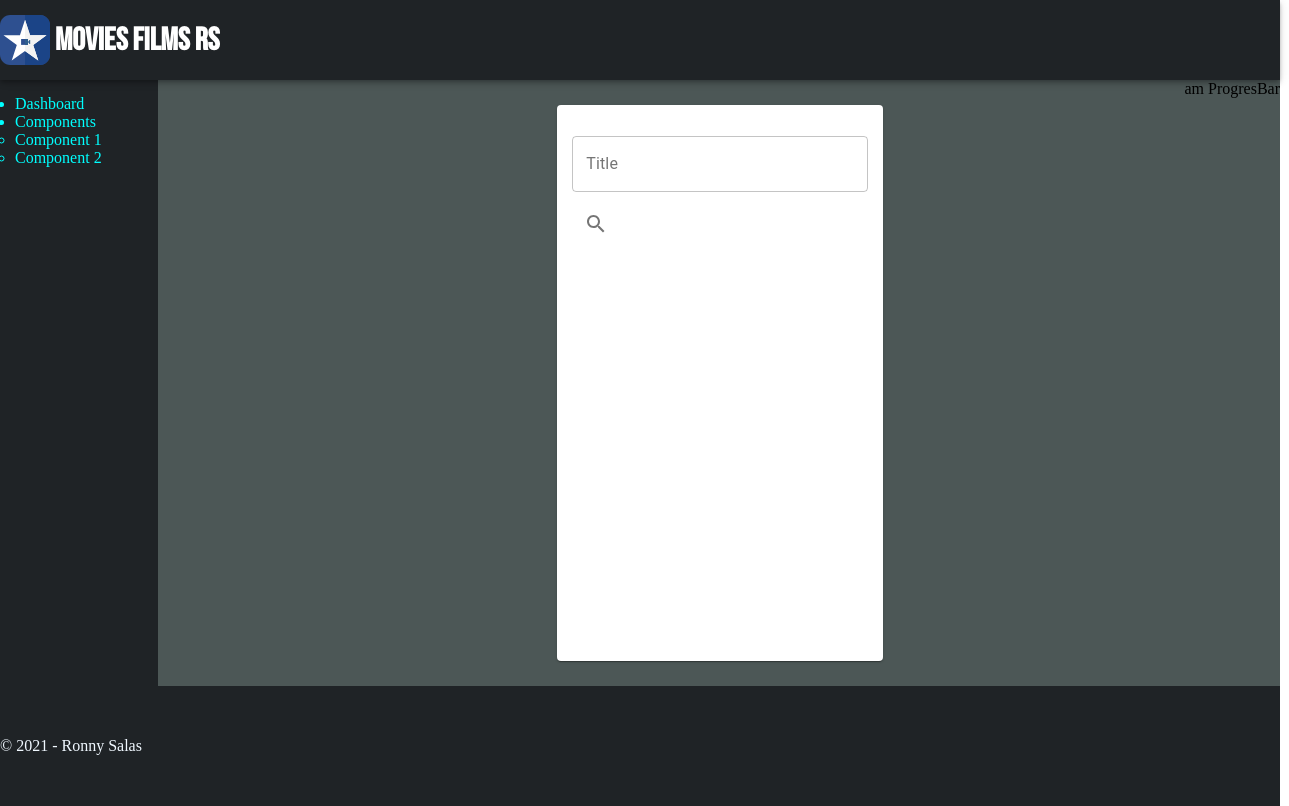
Repository: ronnysalas459/assigment-2
Page: /
An editor plug-in stored every save of this project. The page is shown before and after the next save, followed by the edit.
The browser window is 1280 px wide. The page is 1280 px wide, then 1289 px, so the pictures cover 1289 px, including what lies to the right of the window. The pictures show the whole page.
The page's requests for data from a server got no answer. The project was rebuilt for these pictures with package versions that can differ from the ones it lists, and the page was loaded fresh each time. No one was signed in, and anything a server would have sent is missing. Also part of the build but not shown: src/contexts/DetailsContext.js, src/components/Common/ButtonPrimary.js, src/components/Movies/Movie.js, src/components/Common/Messages.js, src/components/Movies/Movies.js, src/components/Details/index.js, src/components/NotFound/index.js.

Above is the page before, as saved 2021-08-30 17:47:47.

### src/index.js
import React from 'react';
import ReactDOM from 'react-dom';
import App from './App';

ReactDOM.render(<App />,document.querySelector('#root')
);

### src/App.js
import React from "react";
import { BrowserRouter, Switch, Route } from "react-router-dom";
import MoviesContextProvider from "./contexts/MoviesContext";
import DetailsContextProvider from "./contexts/DetailsContext";
import Films from "./components/Movies";
import Details from "./components/Details";
import Header from "./components/Common/Header";
import Footer from "./components/Common/Footer";
import SideBar from "./components/Common/SideBar";
import NotFound from "./components/NotFound";
import "./assets/css/styles.css";

const App = () => (
  <BrowserRouter>
    <div className="container">
      <Header />
      <div className="content">
        <SideBar />
        <div className="projects">
          <Switch>
            <Route exact path="/">
              <MoviesContextProvider>
                <Films />
              </MoviesContextProvider>
            </Route>
            <Route path="/movie/movie_id">
              <DetailsContextProvider>
                <Details />
              </DetailsContextProvider>
            </Route>
            <Route component={NotFound} />
          </Switch>
        </div>
      </div>
      <Footer />
    </div>
  </BrowserRouter>
);

export default App;

### src/contexts/MoviesContext.js
import React, { createContext, useState, useEffect } from "react";
import { popularGet, movieSearch } from "./../constants";

export const MoviesContext = createContext();

const MoviesContextProvider = ({ children }) => {
  const [doneFetch, setDoneFetch] = useState();
  const [currentQuery, setCurrentQuery] = useState("");
  const [text, setText] = useState("Top Movies");
  const [movies, setMovies] = useState([]);

  useEffect(() => {
    getPopularMovies();
  }, []);

  const getPopularMovies = () => {
    fetch(popularGet())
      .then((res) => res.json())
      .then((data) => {
        console.log(data.results);
        setDoneFetch(true);
        setMovies(data);
      })
      .catch((err) => console.log(err));
  };

  const getMovies = (query) => {
    fetch(movieSearch(query))
      .then((res) => res.json())
      .then((data) => {
        console.log(data.results);
        const { results } = data;
        setDoneFetch(true);
        setText(results.length ? "Results" : "No Results");
        setMovies(results);
      })
      .catch((err) => console.log(err));
  };

  const validateQuery = (
    e,
    query = document.querySelector("#query").value.toLowerCase().trim()
  ) => {
    if (e.type === "keypress" && e.key !== "Enter") return;
    const words = query.match(/\w+/g);
    query = words && words.join(" ");
    if (query && query !== currentQuery) {
      setCurrentQuery(query);
      setDoneFetch(false);
      getMovies(query);
    }
  };
  return (
    <MoviesContext.Provider value={{ doneFetch, text, movies, validateQuery }}>
      {children}
    </MoviesContext.Provider>
  );
};

export default MoviesContextProvider;

### src/components/Movies/index.js
import React, { Fragment, useContext } from "react";
import { MoviesContext } from "./../../contexts/MoviesContext";
import SearchMovies from "./SearchMovies";
import Movies from "./Movies";
import ProgressBar from "./../Common/ProgressBar";
import  Messages  from "./../Common/Messages";

const Films = () => {
  const { validateQuery, doneFetch, movies, text } = useContext(MoviesContext);

  return (
    <Fragment>
      <SearchMovies validateQuery={validateQuery} />
      {doneFetch ? (
        movies.length ? (
          <Movies text={text} movies={movies} />
        ) : (
          <Messages text={text} />
        )
      ) : (
        <ProgressBar />
      )}
    </Fragment>
  );
};

export default Films;

### src/components/Common/Header.js
import React from "react";
import { AppBar, Toolbar } from "@material-ui/core";
import { ReactComponent as Logo } from "./../../assets/img/movie.svg";
import "./../../assets/css/styles.css";
const Header = () => (
  <AppBar position="sticky">
      <div className="header-container">
            <Logo className="logo-container" />
            &nbsp;&nbsp;
        <h1>Movies Films RS</h1>
      </div>
  </AppBar>
);

export default Header;

### src/components/Common/Footer.js
import React from 'react'

const Footer = () => (
    <footer>
        <p> &copy; { new Date().getFullYear()} - Ronny Salas</p>
    </footer>
);


export default Footer;

### src/components/Common/SideBar.js
import React from "react";
import { ProSidebar, Menu, MenuItem, SubMenu } from "react-pro-sidebar";
import "./../../assets/css/styles.css";

const SideBar = () => (

    <aside className="aside">
      <ProSidebar>
        <Menu iconShape="square">
          <MenuItem>Dashboard</MenuItem>
          <SubMenu title="Components">
            <MenuItem>Component 1</MenuItem>
            <MenuItem>Component 2</MenuItem>
          </SubMenu>
        </Menu>
      </ProSidebar>
    </aside>

);
export default SideBar;

### src/assets/css/styles.css
/*FUENTES*/

@font-face {
  font-family: "TrebuchetMS";
  src: url("../fonts/TrebuchetMS.ttf");
  font-weight: normal;
  font-style: normal;
}
@font-face {
  font-family: "BebasNeue";
  src: url("../fonts/BebasNeue.otf");
  font-weight: normal;
  font-style: normal;
}

@font-face {
  font-family: "WebSymbolsRegular";
  src: url("../fonts/websymbols-regular-webfont.eot");
  src: url("../fonts/websymbols-regular-webfont.eot?#iefix")
      format("embedded-opentype"),
    url("../fonts/websymbols-regular-webfont.woff") format("woff"),
    url("../fonts/websymbols-regular-webfont.ttf") format("truetype"),
    url("../fonts/websymbols-regular-webfont.svg#WebSymbolsRegular")
      format("svg");
  font-weight: normal;
  font-style: normal;
}
.root {
  margin: 3vw;
}
* {
  margin: 0px;
  padding: 0px;
}

html {
  overflow-x: hidden;
}

.container{
  width:100%;
  height:auto;
}

.header-container {
  width: 100%;
  height: 80px;
  background-color: #1f2326 !important;
  font-family: BebasNeue;
  color: white;
  display: flex;
  flex-direction: row;
  flex-wrap: wrap;
  align-items: center;
}

.logo-container {
  display: block;
  height: 100%;
  width: 50px;
}
.logo-container h1 {
  color: aqua;
}
.content{
  display:flex;
  justify-content:space-between;
  background-color: #4C5756;
}
.aside{
  display:flex;
  min-height: 80vh;
  flex-basis: 10%;
  margin-right: 30px;
  padding: 15px;
  flex-direction: column;
  flex-wrap: wrap;
  color: aqua;
  background-color: #1f2326;
}

.projects{
  display:flex;
  flex-flow: row wrap;
  justify-content:space-between;
  flex-basis: 80%;


}

footer {
  display:flex;
  flex-flow: row wrap;
  justify-content:flex-start;
  height:120px;
  align-items:center;
  background-color: #1f2326;
}
footer p {
    color:aliceblue;
    justify-content: center;
}
.paper {
	margin-top: 25px;
	margin-bottom: 25px;
	margin-left: auto;
	margin-right: auto;
	max-width: 600px;
}

.defaultPaper {
	padding: 15px;
}

.buttonPrimary,
.progressBar {
  display: flex;
  justify-content: center;
  align-items: center;
}

.buttonPrimary,
.message,
.progressBar {
  margin: 10px;
}

.MuiTextField-root {
  width: 100%;
}

@media (max-width: 323px) {
  h1 {
    display: none;
  }
}

### src/constants/index.js
//HABILITAR PROXY INVERSO PARA CORS INTERCEPTOR
//const cors_anywhere = "https://cors-anywhere.herokuapp.com/";
const base_url = "https://api.themoviedb.org/3/";
const popular_movies_get = "movie/popular?";
const movie_search = "search/movie?";
const movies_get = "movie/{movie_id}";
const api_key = "api_key=2c4e30626dc1fcee2a373a9a71cf70f1";


export const popularGet = () => `${base_url}${popular_movies_get}${api_key}&page=1`;
export const moviesGet = id => `${base_url}${movies_get}${api_key}`;
export const movieSearch = query => `${base_url}${movie_search}${api_key}&query=${query}`;

### src/components/Movies/SearchMovies.js
import React from 'react';
import Paper from "@material-ui/core/Paper";
import TextField from '@material-ui/core/TextField';
import IconButton from '@material-ui/core/IconButton';
import SearchIcon from '@material-ui/icons/Search';


const SearchMovies = ({ validateQuery }) => (
    <Paper className = "paper defaultPaper">
        <TextField
            id="query"
            label="Title"
            margin="normal"
            variant="outlined"
            onKeyPress = { e => validateQuery(e)}
        />
        <IconButton onClick = { e => validateQuery(e)}>
            <SearchIcon />
        </IconButton>
    </Paper>
);

export default SearchMovies

### src/components/Common/ProgressBar.js
import React from 'react'

const ProgressBar = () => <p>am ProgresBar</p>

export default ProgressBar

Loaded but not shown: public/index.html (common file)

After the next save:
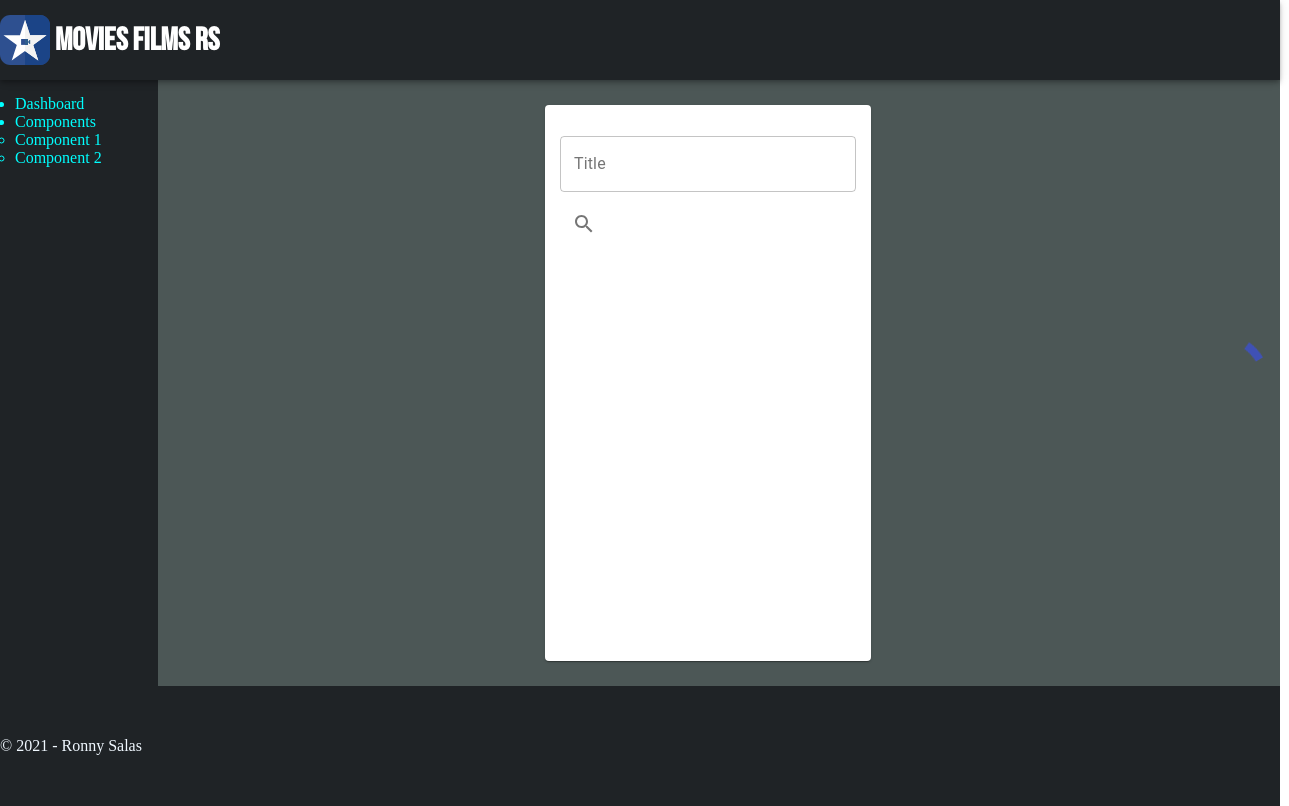
Saved 3 min 8 s later.
--- a/src/components/Common/ProgressBar.js
+++ b/src/components/Common/ProgressBar.js
@@ -1,5 +1,12 @@
 import React from 'react'
+import CircularProgress from '@material-ui/core/CircularProgress';
 
-const ProgressBar = () => <p>am ProgresBar</p>
+const ProgressBar = () => (
+    <div className="progressBar">
+        <CircularProgress size = { 100 } />
+
+    </div>
+)
+
 
 export default ProgressBar
